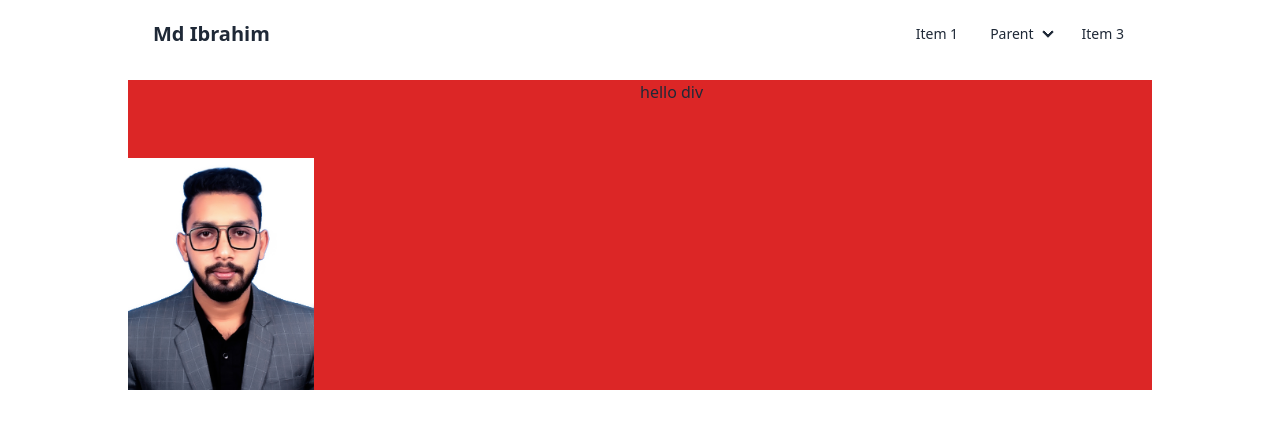
Repository: mdrubel02/portfilo
Page: /
An editor plug-in stored every save of this project. The page is shown before and after the next save, followed by the edit.
The browser window is 1280 px wide. The pictures show the whole page.
The project was rebuilt for these pictures with package versions that can differ from the ones it lists, and the page was loaded fresh each time. Also part of the build but not shown: vite.config.js.

Above is the page before, as saved 2023-06-22 20:33:35.

### src/main.jsx
import React from 'react'
import ReactDOM from 'react-dom/client'
import './index.css'
import { RouterProvider } from 'react-router-dom'
import router from './Layout/routes'



ReactDOM.createRoot(document.getElementById('root')).render(
  <React.StrictMode>
    <div className='max-w-screen-lg mx-auto'>
      <RouterProvider router={router} />
    </div>
  </React.StrictMode>,
)

### src/Layout/routes.jsx
import { createBrowserRouter } from "react-router-dom";
import Main from "./Main";
import Home from "../Pages/Home/Home";


const router = createBrowserRouter([
  {
    path: "/",
    element: <Main />,
    children: [
      { path: '/', element: <Home /> },
      { path: '/home', element: <Home /> }
    ]
  }
]);

export default router;

### src/Layout/Main.jsx
import React from 'react';
import Navbar from '../Shared/Navbar/Navbar';
import { Outlet } from 'react-router-dom';

const Main = () => {
    return (
        <div className=''>
            <Navbar />
            <Outlet />
        </div>
    );
};

export default Main;

### src/Pages/Home/Home.jsx
import React from 'react';
import profile from '../../assets/nayeem.jpg'

const Home = () => {
    return (
        <div className='mt-3 '>
            <div className='h-[310px] bg-red-600 relative'>
                <div className='flex'>
                    <div className='flex-1'>
                        <div class=" h-full">
                            <img className='h-3/4 absolute bottom-0 left-0' src={profile} alt="profile" />
                        </div>
                    </div>

                    <div className='flex-1'><p>hello div</p></div>
                </div>
            </div>
        </div>
    );
};

export default Home;

### src/Shared/Navbar/Navbar.jsx
import React from 'react';

const Navbar = () => {
    return (
        <div className="navbar bg-base-100 ">
            <div className="navbar-start">
            <div className="dropdown ">
                    <label tabIndex={0} className="btn btn-ghost lg:hidden">
                        <svg xmlns="http://www.w3.org/2000/svg" className="h-5 w-5" fill="none" viewBox="0 0 24 24" stroke="currentColor"><path strokeLinecap="round" strokeLinejoin="round" strokeWidth="2" d="M4 6h16M4 12h8m-8 6h16" /></svg>
                    </label>
                    <ul tabIndex={0} className="menu menu-sm dropdown-content mt-3 z-[1] p-2 shadow bg-base-100 rounded-box w-52">
                        <li><a>Item 1</a></li>
                        <li>
                            <a>Parent</a>
                            <ul className="p-2">
                                <li><a>Submenu 1</a></li>
                                <li><a>Submenu 2</a></li>
                            </ul>
                        </li>
                        <li><a>Item 3</a></li>
                    </ul>
                </div>
                <a className="btn btn-ghost normal-case text-xl">Md Ibrahim</a>
            </div>
            <div className="navbar-end hidden lg:flex">
                <ul className="menu menu-horizontal px-1">
                    <li><a>Item 1</a></li>
                    <li tabIndex={0}>
                        <details>
                            <summary>Parent</summary>
                            <ul className="p-2">
                                <li><a>Submenu 1</a></li>
                                <li><a>Submenu 2</a></li>
                            </ul>
                        </details>
                    </li>
                    <li><a>Item 3</a></li>
                </ul>
            </div>


        </div>
    );
};

export default Navbar;

Loaded but not shown: index.html (common file); src/index.css (common file); tailwind.config.js (common file)

After the next save:
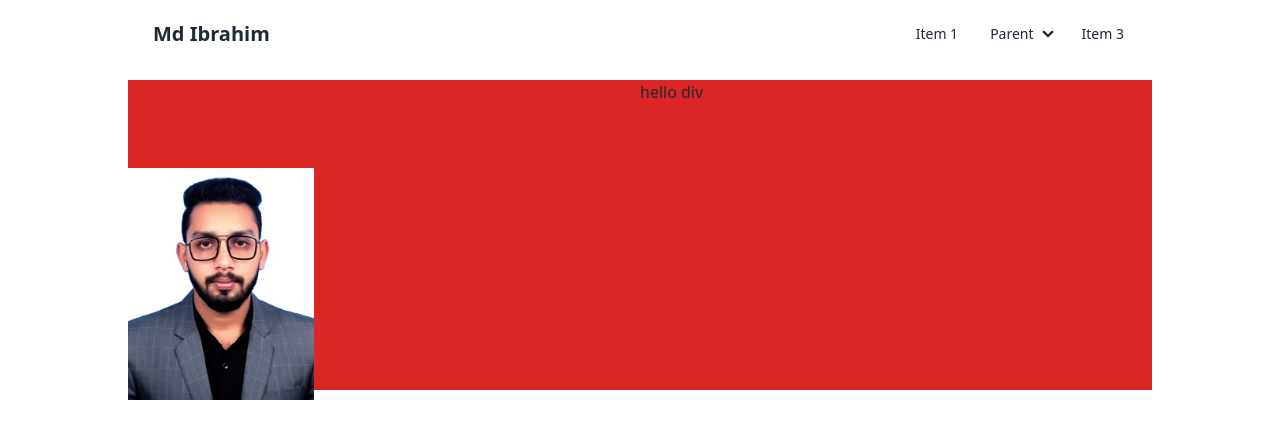
Saved 51 s later.
--- a/src/Pages/Home/Home.jsx
+++ b/src/Pages/Home/Home.jsx
@@ -8,7 +8,7 @@ const Home = () => {
                 <div className='flex'>
                     <div className='flex-1'>
                         <div class=" h-full">
-                            <img className='h-3/4 absolute bottom-0 left-0' src={profile} alt="profile" />
+                            <img className='h-3/4 absolute bottom-[-10px] left-0' src={profile} alt="profile" />
                         </div>
                     </div>
 
